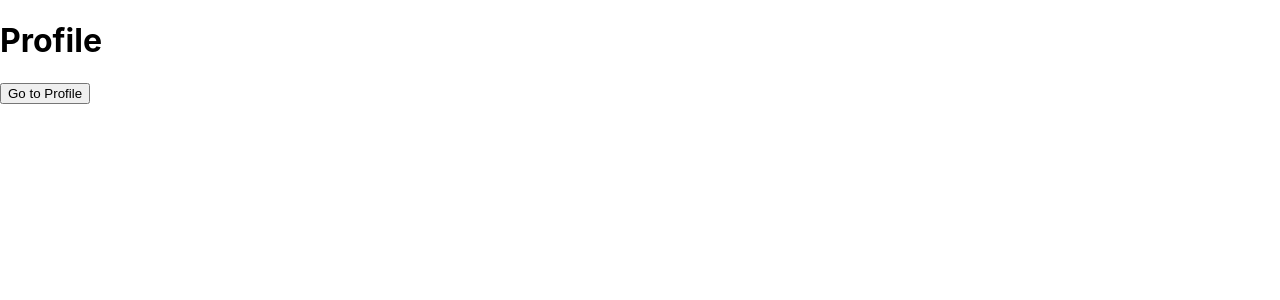
Repository: YEOMJINSEOP/playground
Page: / (app in router/)
The author's editor kept a copy of each file at every save. The page is drawn from the files as they stood at one save, then again after the next save.
The browser window is 1280 px wide. The pictures show the whole page.
The project was rebuilt for these pictures with package versions that can differ from the ones it lists, and the page was loaded fresh each time. Also part of the build but not shown: router/src/App.css, router/src/components/profile.jsx.

Above is the page before, as saved 2022-09-30 15:04:35.

After the next save:
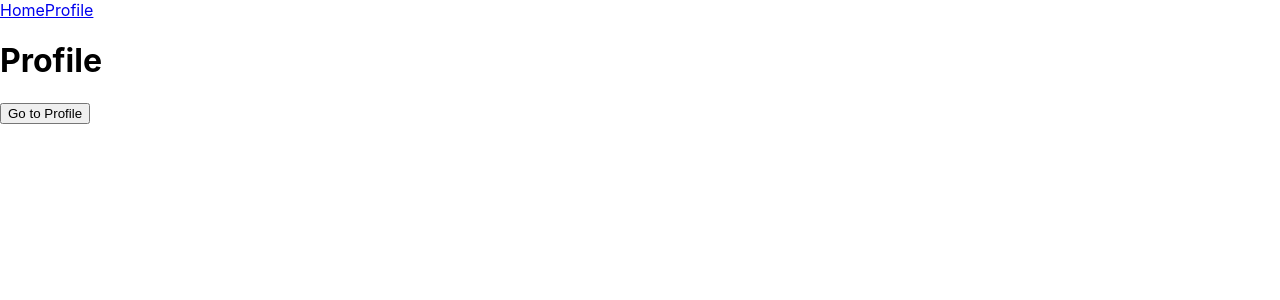
Saved 3 min 59 s later.
--- a/router/src/App.js
+++ b/router/src/App.js
@@ -1,14 +1,19 @@
 import logo from './logo.svg';
 import './App.css';
-import { BrowserRouter, Route, Routes } from 'react-router-dom';
+import { BrowserRouter, Link, Route, Routes } from 'react-router-dom';
 import Home from './components/home';
 import Profile from './components/profile';
 
 function App() {
   return (
     <BrowserRouter>
+      <nav>
+        <Link to="/">Home</Link>
+        <Link to="/profile">Profile</Link>
+      </nav>
+
       <Routes>
-        <Route path="/" element={<Home/>}/>
+        <Route path="/" exact element={<Home/>}/>
         <Route path="/home" element={<Home/>}/>
         <Route path="/profile" element={<Profile/>}/>
       </Routes>
@@ -17,3 +22,7 @@
 }
 
 export default App;
+
+
+//exact는 path 속성에 넣은 경로값이 정확히 URL의 경로값과 일치할 때만 렌더링되도록 돕습니다.
+//만일 exact를 사용하지 않으면 path="/" 인 라우터는 /products 경로에서도 반응하게 됩니다.
